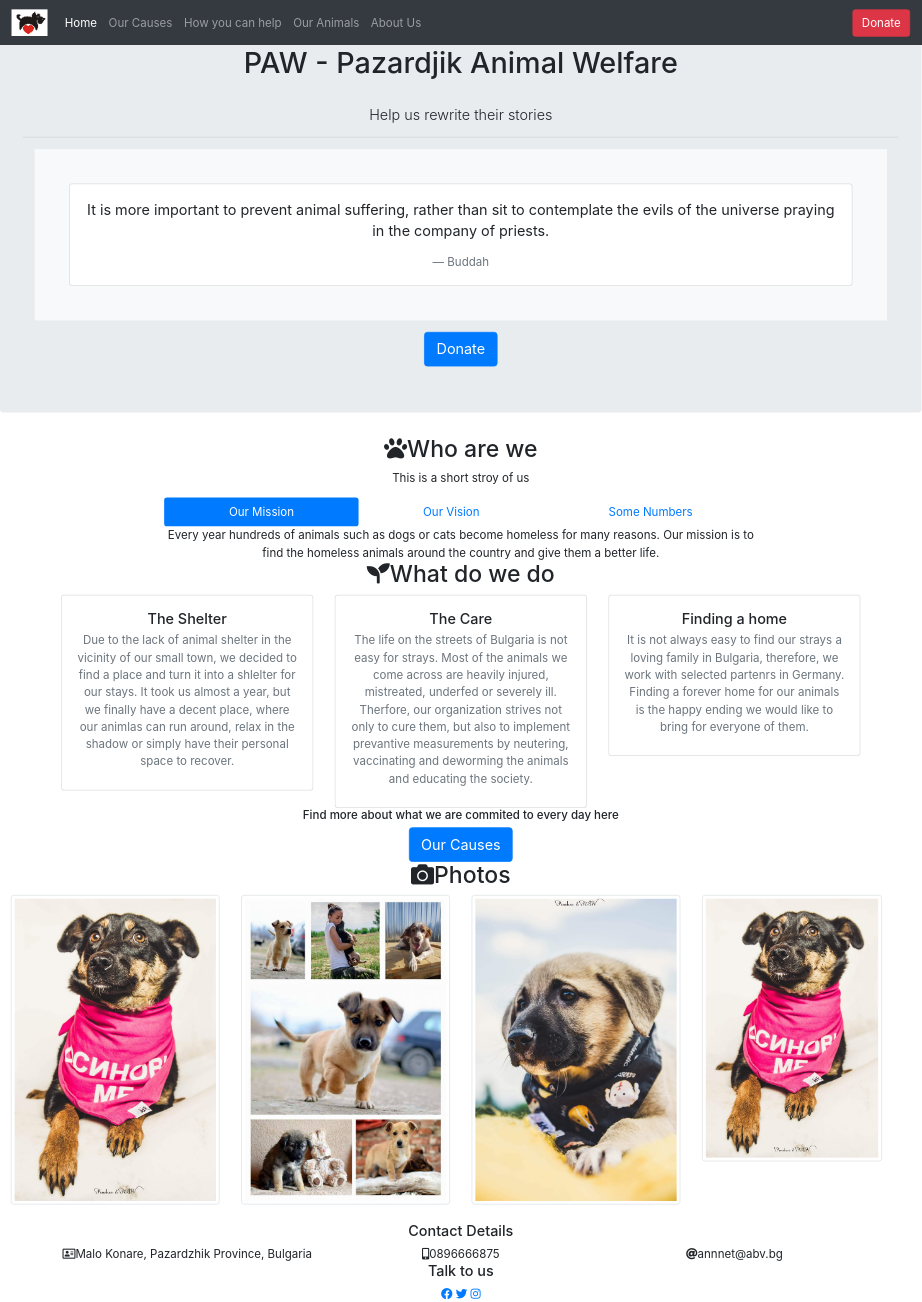
Repository: Naity17/PAW-first-website
Page: index.html
The author's editor kept a record of every edit. The page is drawn from the files as they stood at one moment, then again after the next edit.
The browser window is 1280 px wide. The pictures show the whole page, at 72% of full size.
Some web libraries are served in a nearby version.

Above is the page before.
Console error: TypeError: Cannot read properties of undefined (reading 'fn')

### index.html
<!DOCTYPE html>
<html lang="en">

<head>
    <meta charset="UTF-8">
    <meta name="viewport" content="width=device-width, initial-scale=1.0">
    <meta http-equiv="X-UA-Compatible" content="ie=edge">
    <link rel="stylesheet" href="https://stackpath.bootstrapcdn.com/bootstrap/4.3.1/css/bootstrap.min.css" integrity="sha384-ggOyR0iXCbMQv3Xipma34MD+dH/1fQ784/j6cY/iJTQUOhcWr7x9JvoRxT2MZw1T" crossorigin="anonymous">
    <link rel="stylesheet" href="https://use.fontawesome.com/releases/v5.9.0/css/all.css" integrity="sha384-i1LQnF23gykqWXg6jxC2ZbCbUMxyw5gLZY6UiUS98LYV5unm8GWmfkIS6jqJfb4E" crossorigin="anonymous">
    <script src="https://stackpath.bootstrapcdn.com/bootstrap/4.3.1/js/bootstrap.min.js" integrity="sha384-JjSmVgyd0p3pXB1rRibZUAYoIIy6OrQ6VrjIEaFf/nJGzIxFDsf4x0xIM+B07jRM" crossorigin="anonymous"></script>
    <link rel="stylesheet" href="assets/css/style.css" type="text/css" />
    <title>PAW - Pazardjik Animal Welfare</title>
</head>

<body>
    <header>
        <!-- ---------------NavBar-------------- -->
        <nav class="navbar navbar-expand-md navbar-dark fixed-top bg-dark">
            <a class="navbar-brand" href="index.html">
                <img src="assets/images/general/logo.jpg">
            </a>
            <button class="navbar-toggler collapsed" type="button" data-toggle="collapse" data-target="#navbarCollapse" aria-controls="navbarCollapse" aria-expanded="false" aria-label="Toggle navigation">
              <span class="navbar-toggler-icon"></span>
            </button>
            <div class="navbar-collapse collapse" id="navbarCollapse" style="">
                <ul class="navbar-nav mr-auto">
                    <li class="nav-item active">
                        <a class="nav-link" href="#">Home<span class="sr-only">(current)</span></a>
                    </li>
                    <li class="nav-item">
                        <a class="nav-link" href="#">Our Causes</a>
                    </li>
                    <li class="nav-item">
                        <a class="nav-link" href="#">How you can help</a>
                    </li>
                    <li class="nav-item">
                        <a class="nav-link" href="#">Our Animals</a>
                    </li>
                    <li class="nav-item">
                        <a class="nav-link" href="#">About Us</a>
                    </li>
                </ul>
                <button class="btn btn-danger navbar-btn">Donate</button>
            </div>
        </nav>
        <!-- ---------------End of NavBar-------------- -->
    </header>

    <!-- ---------------Jumbotron-------------- -->
    <section id="home-page">
        <main role="main">
            <section>
                <div class="jumbotron text-center">
                    <div class="contaier-fluid">
                        <h1 class="uppercase">PAW - Pazardjik Animal Welfare</h1>
                        <br>
                        <p class="lead">Help us rewrite their stories</p>
                        <hr class="my-3">
                        <div class="position-relative overflow-hidden p-3 p-md-5 m-md-3 text-center bg-light">
                            <div class="card">
                                <div class="card-body">
                                    <blockquote class="blockquote mb-0">
                                        <p>It is more important to prevent animal suffering, rather than sit to contemplate the evils of the universe praying in the company of priests.</p>
                                        <footer class="blockquote-footer">Buddah</footer>
                                    </blockquote>
                                </div>
                            </div>
                        </div>
                        <a class="btn btn-primary btn-lg" href="#" role="button">Donate</a>
                    </div>
                </div>
            </section>
            <!-- ---------------End of Jumbotron-------------- -->

            <!-- --------------Who are we-------------- -->
            <section class="text-center container-fluid">
                <div class="row">
                    <div class="col-1"></div>
                    <div class="col-10">
                        <h2><i class="fa fa-paw" aria-hidden="true"></i>Who are we</h2>
                        <p>This is a short stroy of us</p>
                    </div>
                    <div class="col-1"></div>
                </div>
                <div class="row">
                    <div class="col-2"></div>
                    <div class="col-8 text-decoration-none">
                        <!-- Nav tabs-->
                        <ul class="nav nav-pills nav-fill" id="pills-tab" role="tablist">
                            <li class="nav-item">
                                <a class="nav-link active" id="pills-our-mission-tab" data-toggle="pill" href="#pills-our-mission" role="tab" aria-controls="pills-our-mission" aria-selected="true">Our Mission</a>
                            </li>
                            <li class="nav-item">
                                <a class="nav-link" id="pills-our-vision-tab" data-toggle="pill" href="#pills-our-vision" role="tab" aria-controls="pills-our-vision" aria-selected="false">Our Vision </a>
                            </li>
                            <li class="nav-item">
                                <a class="nav-link" id="pills-some-numbers-tab" data-toggle="pill" href="#pills-some-numbers" role="tab" aria-controls="pills-some-numbers" aria-selected="false">Some Numbers</a>
                            </li>
                        </ul>
                        <div class="tab-content" id="pills-tabContent">
                            <div class="tab-pane fade show active" id="pills-our-mission" role="tabpanel" aria-labelledby="pills-our-mission-tab">Every year hundreds of animals such as dogs or cats become homeless for many reasons. Our mission is to find the homeless animals around the country and give them a better life.
                            </div>
                            <div class="tab-pane fade" id="pills-our-vision" role="tabpanel" aria-labelledby="pills-our-vision-tab">We see the future of Animal Shelter as a compassionate society where companion animals are valued and treated with respect and are guaranteed to find loving homes and families.
                            </div>
                            <div class="tab-pane fade" id="pills-some-numbers" role="tabpanel" aria-labelledby="pills-some-numbers-tab">
                                <div class="row">
                                    <div class="col-4">
                                        <div class="cell height-fill">
                                            <div>
                                                <h4>1000</h4>
                                                <p class="uppercase">Animals adopted</p>
                                            </div>
                                        </div>
                                    </div>
                                    <div class="col-4">
                                        <div class="cell height-fill">
                                            <div>
                                                <h4>2000</h4>
                                                <p class="uppercase">Animals neutered</p>
                                            </div>
                                        </div>
                                    </div>
                                    <div class="col-4">
                                        <div class="cell height-fill">
                                            <div>
                                                <h4>80</h4>
                                                <p class="uppercase">Animals in the shelter</p>
                                            </div>
                                        </div>
                                    </div>
                                </div>
                            </div>
                        </div>
                    </div>
                    <div class="col-2"></div>
                </div>
            </section>

            <!-- --------------End of Who are we-------------- -->

            <!-- --------------What do we do-------------- -->
            <section class="container text-center">
                <h2><i class="fa fa-seedling"></i>What do we do</h2>
                <div class="row">
                    <div class="col-12 col-md-4 activities-card">
                        <div class="card">
                            <div class="card-body">
                                <h5 class="card-title">The Shelter</h5>
                                <p class="card-subtitle mb-2 text-muted">Due to the lack of animal shelter in the vicinity of our small town, we decided to find a place and turn it into a shlelter for our stays. It took us almost a year, but we finally have a decent place, where our animlas can run around, relax in the shadow or simply have their personal space to recover.</p>
                            </div>
                        </div>
                    </div>
                    <div class="col-12 col-md-4 activities-card">
                        <div class="card">
                            <div class="card-body">
                                <h5 class="card-title">The Care</h5>
                                <p class="card-subtitle mb-2 text-muted">The life on the streets of Bulgaria is not easy for strays. Most of the animals we come across are heavily injured, mistreated, underfed or severely ill. Therfore, our organization strives not only to cure them, but also to implement prevantive measurements by neutering, vaccinating and deworming the animals and educating the society.</p>
                            </div>
                        </div>
                    </div>
                    <div class="col-12 col-md-4 activities-card">
                        <div class="card">
                            <div class="card-body">
                                <h5 class="card-title">Finding a home</h5>
                                <p class="card-subtitle mb-2 text-muted">It is not always easy to find our strays a loving family in Bulgaria, therefore, we work with selected partenrs in Germany. Finding a forever home for our animals is the happy ending we would like to bring for everyone of them.</p>
                            </div>
                        </div>
                    </div>
                </div>
                <div class="row">
                    <div class="col">
                        <h6>Find more about what we are commited to every day here</h6>
                        <a class="btn btn-primary btn-lg" href="Our-Causes.html" role="button">Our Causes</a>
                    </div>
                </div>
                <!-- -------------- End of What do we do-------------- -->
            </section>

            <!-- check pictures, their names and their classes and ids and the alt... -->
            <section class="container-photos" id="photos">
                <div class="container-fluid photo-content-container">
                    <div class="row">
                        <div class="col-3"></div>
                        <div class="col-6">
                            <h2 class="photo-heading text-center"><i class="fa fa-camera" aria-hidden="true"></i>Photos</h2>
                        </div>
                        <div class="col-3"></div>
                    </div>

                    <!-- Beginning of Modal -->
                    <div class="row">
                        <!-- Modal: Image 1 -->
                        <div class="col-6 col-md-3">
                            <a class="d-block mb-4 h-100">
                            <img class="img-fluid img-hover img-thumbnail" src="assets/images/general/about-us-1.jpg" data-toggle="modal" data-target="#Image1" alt="black puppy with a pink scarf">
                        </a>
                            <!-- Modal Content -->
                            <div class="modal fade" id="Image1" tabindex="-1" role="dialog" aria-hidden="true">
                                <div class="modal-dialog modal-dialog-centered modal-sm" role="document">
                                    <div class="modal-body">
                                        <img class="img-fluid" src="assets/images/general/about-us-1.jpg" alt="black puppy with a pink scarf">
                                    </div>
                                </div>
                            </div>
                        </div>
                        <!-- Modal: Image 2 -->
                        <div class="col-6 col-md-3">
                            <a class="d-block mb-4 h-100">
                            <img class="img-fluid img-hover img-thumbnail" src="assets/images/general/about-us-2.jpg" data-toggle="modal" data-target="#Image2" alt="brown puppies">
                        </a>
                            <!-- Modal Content -->
                            <div class="modal fade" id="Image2" tabindex="-1" role="dialog" aria-hidden="true">
                                <div class="modal-dialog modal-lg" role="document">
                                    <div class="modal-body">
                                        <img class="img-fluid" src="assets/images/general/about-us-2.jpg" alt="brown puppies">
                                    </div>
                                </div>
                            </div>
                        </div>
                        <!-- Modal: Image 3 -->
                        <div class="col-6 col-md-3">
                            <a class="d-block mb-4 h-100">
                            <img class="img-fluid img-hover img-thumbnail" src="assets/images/general/about-us-3.jpg" data-toggle="modal" data-target="#Image3" alt="beige puppy with a scarf">
                        </a>
                            <!-- Modal Content -->
                            <div class="modal fade" id="Image3" tabindex="-1" role="dialog" aria-hidden="true">
                                <div class="modal-dialog modal-lg" role="document">
                                    <div class="modal-body">
                                        <img class="img-fluid" src="assets/images/general/about-us-3.jpg" alt="beige puppy with a scarf">
                                    </div>
                                </div>
                            </div>
                        </div>
                        <!-- Modal: Image 4 -->
                        <div class="col-6 col-md-3">
                            <a class="d-block mb-4 h-100">
                            <img class="img-fluid img-hover img-thumbnail" src="assets/images/general/carousel-4.jpg" data-toggle="modal" data-target="#Image4" alt="...">
                        </a>
                            <!-- Modal Content -->
                            <div class="modal fade" id="Image4" tabindex="-1" role="dialog" aria-hidden="true">
                                <div class="modal-dialog modal-lg" role="document">
                                    <div class="modal-body">
                                        <img class="img-fluid" src="assets/images/general/carousel-4.jpg" alt="...">
                                    </div>
                                </div>
                            </div>
                        </div>
                    </div>
                    <!-- End of Modal -->
            </section>
        </main>
    </section>
    <footer class="container text-center footer-details">
        <div class="row">
            <div class="col-12">
                <h5>Contact Details</h5>
            </div>
        </div>
        <div id="contact-details-items" class="row ">
            <div class="col-4 address-item">
                <i class="far fa-address-card"></i>Malo Konare, Pazardzhik Province, Bulgaria
            </div>
            <div class="col-4 phone-number-item">
                <i class="fas fa-mobile-alt"></i>0896666875
            </div>
            <div class="col-4 email-item">
                <i class="fas fa-at"></i>annnet@abv.bg
            </div>
        </div>
        <div class="row" id="social-details">
            <div class="col-xs-12 col-sm-12 icons">
                <h5 class="uppercase general-sub">Talk to us</h5>
                <a href="https://www.facebook.com/PAW-Pazardjik-Animal-Welfare-134643483313391/" target="_blank"><i class="fab fa-facebook alignment"></i></a>
                <a href="https://twitter.com/ralito17?lang=en" target="_blank"><i class="fab fa-twitter alignment"></i></a>
                <a href="https://www.instagram.com/?hl=en" target="_blank"><i class="fab fa-instagram alignment"></i></a>
            </div>
        </div>
    </footer>
    <script src="https://code.jquery.com/jquery-3.3.1.slim.min.js" integrity="sha384-q8i/X+965DzO0rT7abK41JStQIAqVgRVzpbzo5smXKp4YfRvH+8abtTE1Pi6jizo" crossorigin="anonymous"></script>
    <script src="https://cdnjs.cloudflare.com/ajax/libs/popper.js/1.14.7/umd/popper.min.js" integrity="sha384-UO2eT0CpHqdSJQ6hJty5KVphtPhzWj9WO1clHTMGa3JDZwrnQq4sF86dIHNDz0W1" crossorigin="anonymous"></script>
    <script src="https://stackpath.bootstrapcdn.com/bootstrap/4.3.1/js/bootstrap.min.js" integrity="sha384-JjSmVgyd0p3pXB1rRibZUAYoIIy6OrQ6VrjIEaFf/nJGzIxFDsf4x0xIM+B07jRM" crossorigin="anonymous"></script>
</body>

</html>

### assets/css/style.css
@import url('https://fonts.googleapis.com/css?family=Open+Sans:400,400i,600,600i,700,700i|Source+Sans+Pro:300,300i,400,400i,600,600i,700,700i&display=swap&subset=cyrillic');

/*-------------------- Colors --------------------*/




.img {
  border-style: none;
  display: block;
  margin-left: auto;
  margin-right: auto;
}

After the next edit:
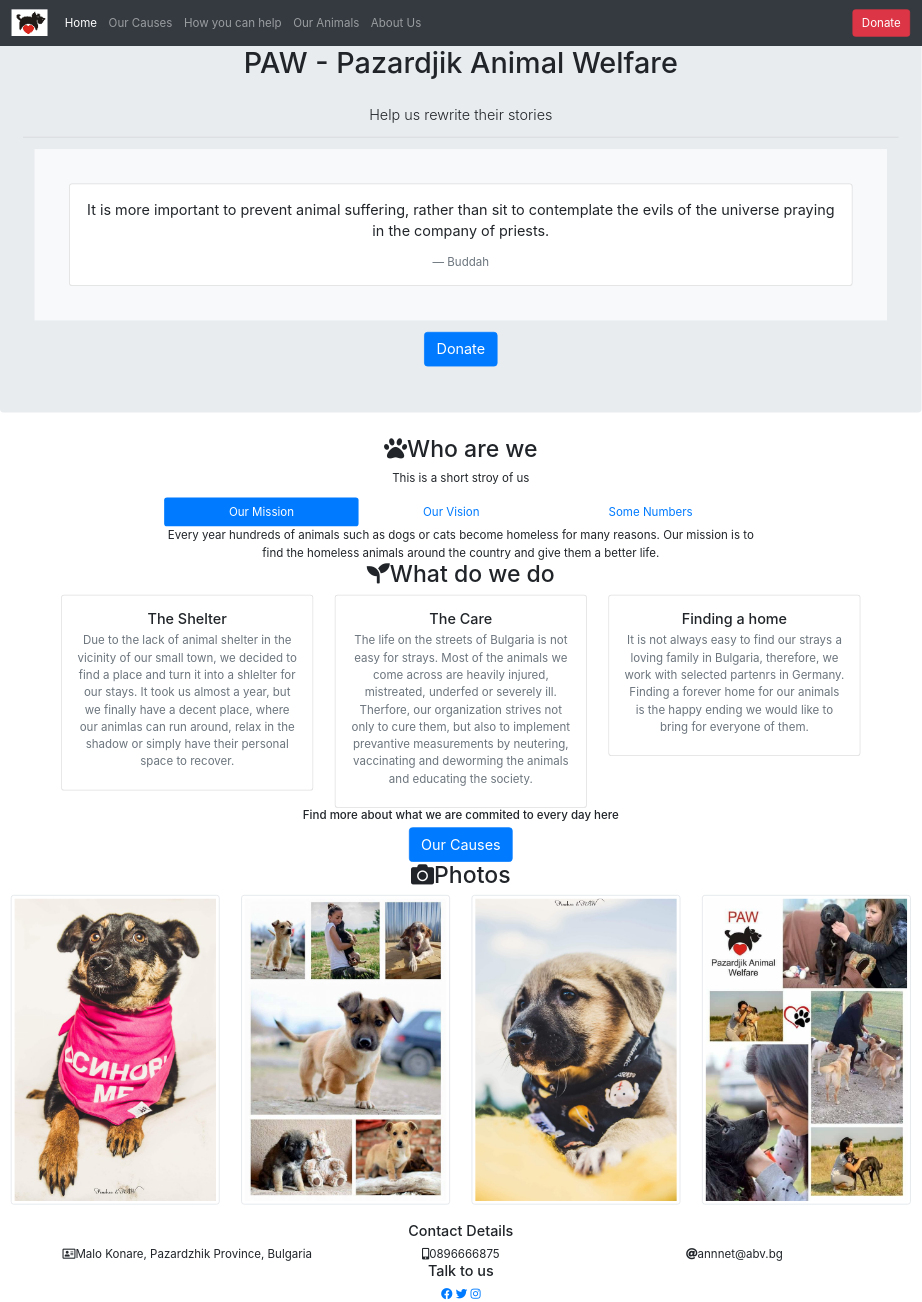
The edit:
--- a/index.html
+++ b/index.html
@@ -234,7 +234,7 @@
                         <!-- Modal: Image 4 -->
                         <div class="col-6 col-md-3">
                             <a class="d-block mb-4 h-100">
-                            <img class="img-fluid img-hover img-thumbnail" src="assets/images/general/carousel-4.jpg" data-toggle="modal" data-target="#Image4" alt="...">
+                            <img class="img-fluid img-hover img-thumbnail" src="assets/images/general/about-us-4.jpg" data-toggle="modal" data-target="#Image4" alt="puppies with the founders">
                         </a>
                             <!-- Modal Content -->
                             <div class="modal fade" id="Image4" tabindex="-1" role="dialog" aria-hidden="true">
